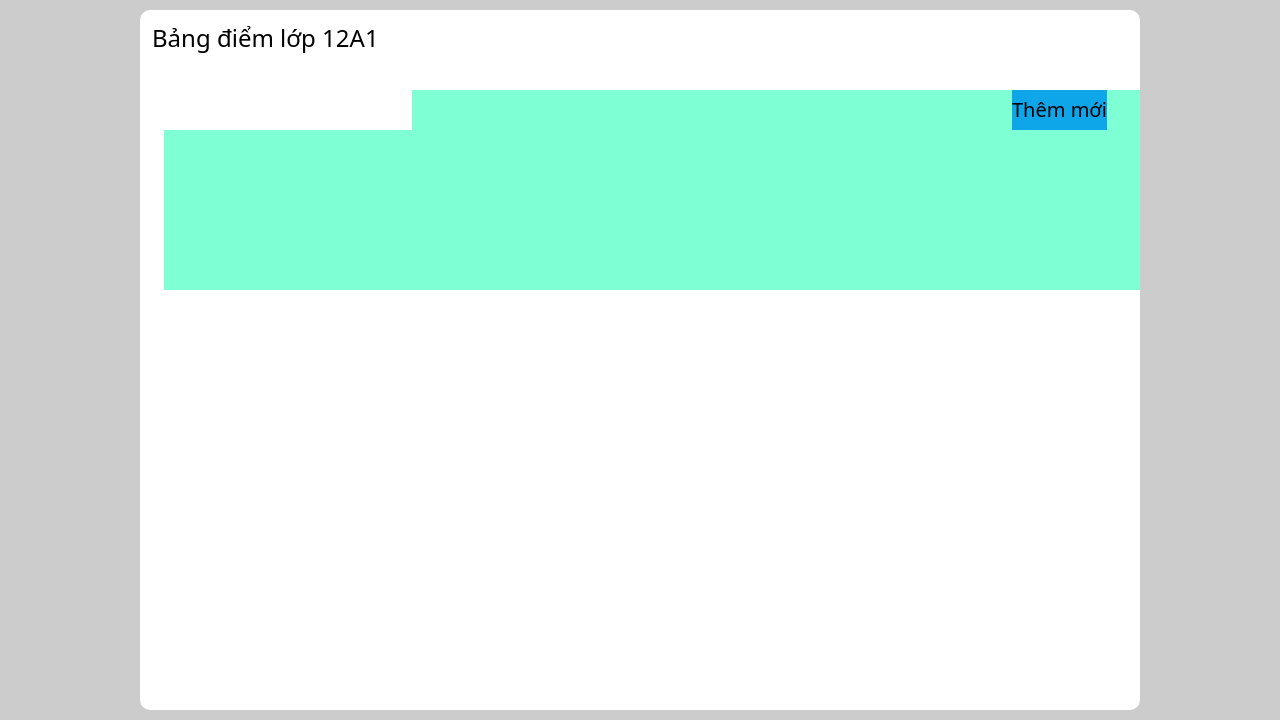
Repository: doducthuan/ReactJS-Movie
Page: /
The author's editor kept a copy of each file at every save. The page is drawn from the files as they stood at one save, then again after the next save.
The browser window is 1280 px wide. The pictures show the whole page.
The project was rebuilt for these pictures with package versions that can differ from the ones it lists, and the page was loaded fresh each time. Also part of the build but not shown: src/App.css.

Above is the page before, as saved 2024-01-13 05:55:40.

After the next save:
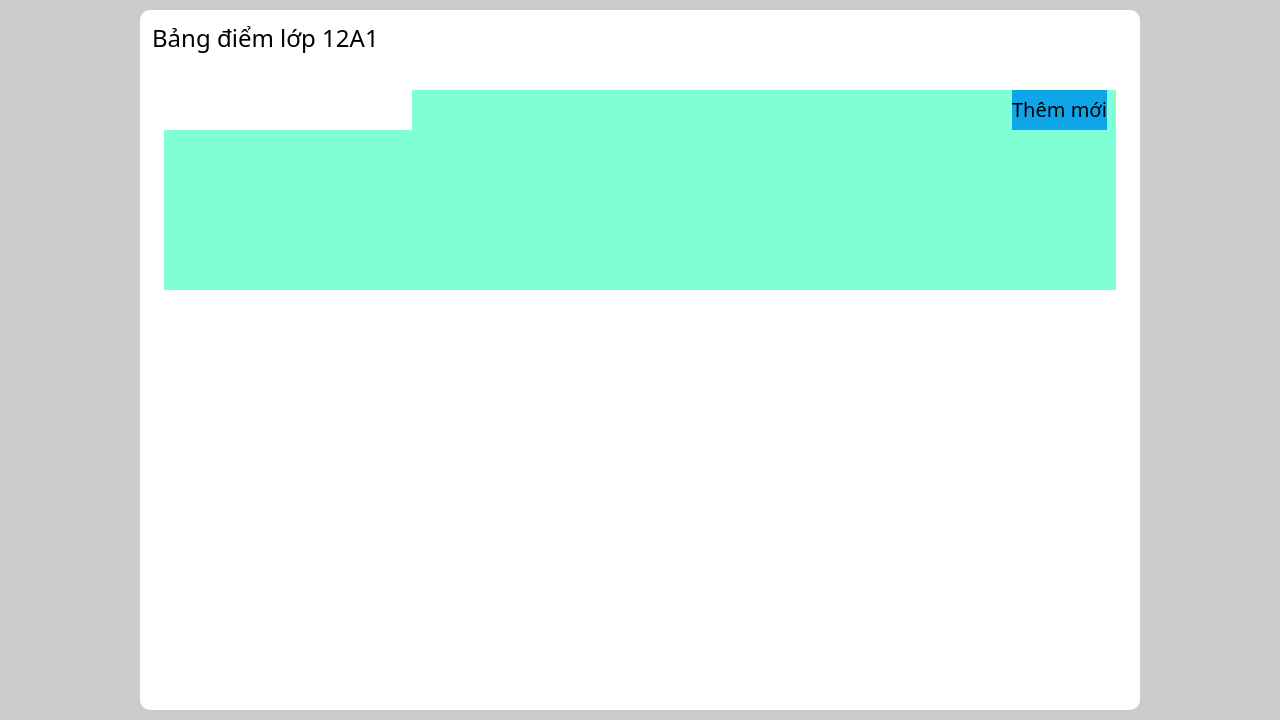
Saved 19 s later.
--- a/src/components/students/Students.js
+++ b/src/components/students/Students.js
@@ -5,7 +5,7 @@ const Students = () => {
         <div className="full-view">
             <div className="border-data">
                 <p className="font-sans text-2xl ml-3 mt-3">Bảng điểm lớp 12A1</p>
-                <div className="search-add mt-9 ml-6 flex">
+                <div className="search-add mt-9 ml-6 mr-6 flex">
                     <input className="search-all h-10"/>
                     <button className="font-sans text-xl bg-sky-500 h-10">Thêm mới</button>
                 </div>
